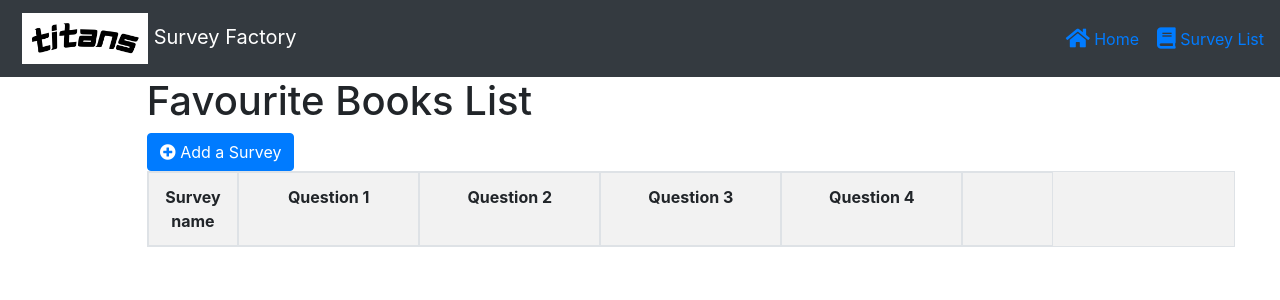
Repository: lord-NAVY/titans
Page: http://localhost/book-list
The author's editor kept a copy of each file at every save. The page is drawn from the files as they stood at one save, then again after the next save.
The browser window is 1280 px wide. The pictures show the whole page.
The page is served by the project's Node server (server.js). Queries for data that is not in the repository find no rows.

Above is the page before, as saved 2021-11-09 21:09:04.

After the next save:
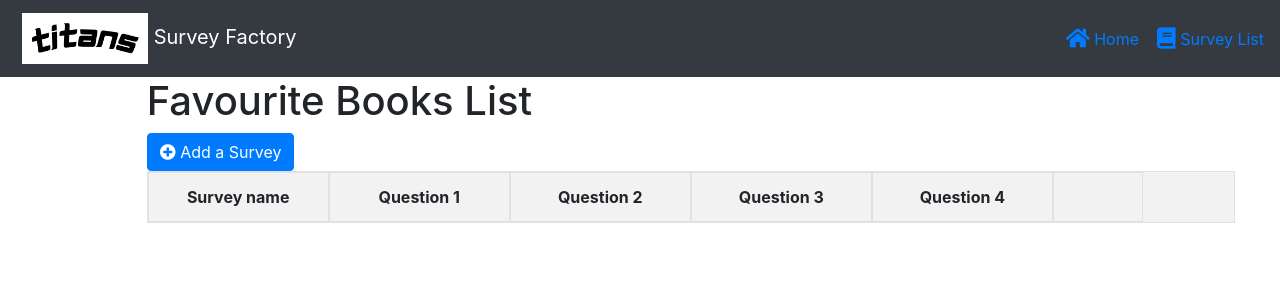
Saved 17 s later.
--- a/server/views/book/index.ejs
+++ b/server/views/book/index.ejs
@@ -16,7 +16,7 @@
             <table class="table table-bordered table-striped table-hover">
                 <!-- Header Row-->
                 <tr class="d-flex">
-                    <th class="text-center col-1">Survey name</th>
+                    <th class="text-center col-2">Survey name</th>
                     <th class="text-center col-2">Question 1</th>
                     <th class="text-center col-2">Question 2</th>
                     <th class="text-center col-2">Question 3</th>
@@ -28,7 +28,7 @@
 
                 <% for(let count = 0; count < BookList.length; count++) { %>
                     <tr class="d-flex">
-                        <td class="text-center col-1"><%= BookList[count].Title%></td>
+                        <td class="text-center col-2"><%= BookList[count].Title%></td>
                         <td class="text-center col-2"><%= BookList[count].Description %></td>
                         <td class="text-center col-2"><%= BookList[count].Price%></td>
                         <td class="text-center col-2"><%= BookList[count].Author %></td>
